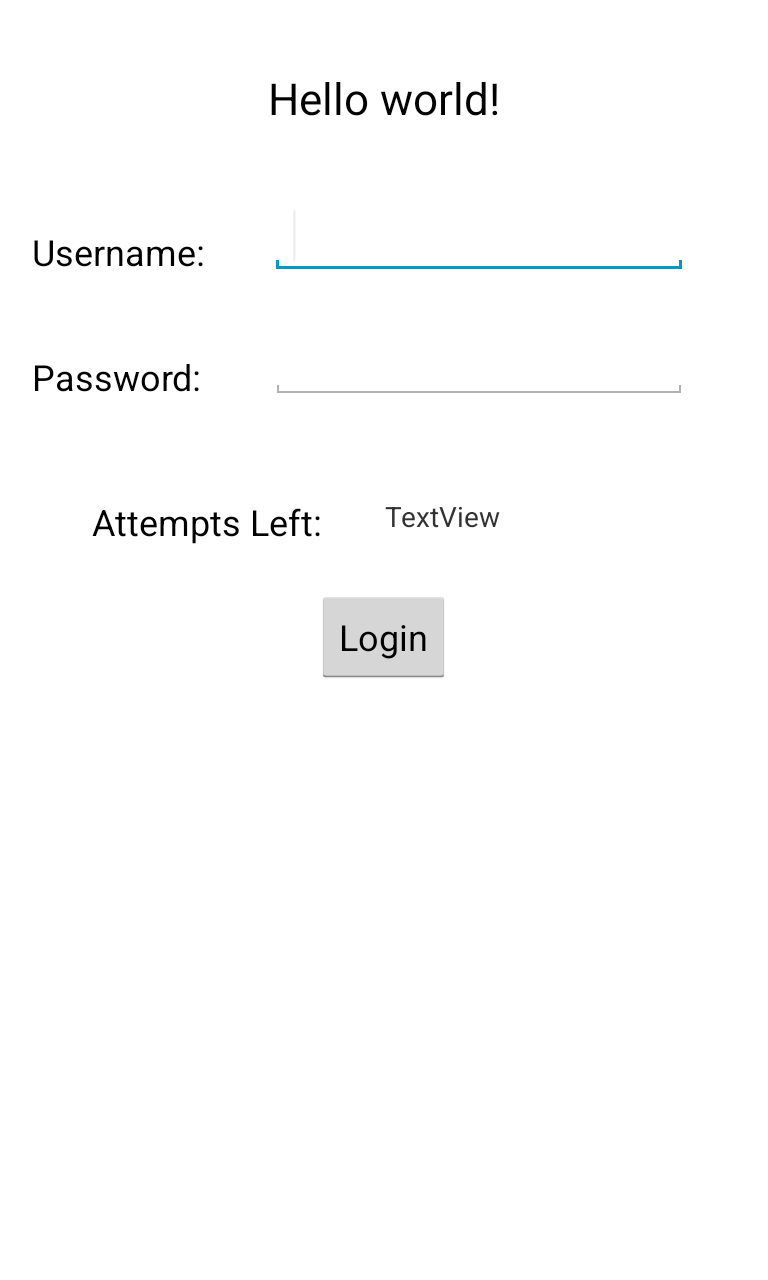
Repository: ktarrant/medixpress
Layout: medixpress_commercial/res/layout/activity_login.xml
The author's editor kept a copy of each file at every save. The layout is drawn from the files as they stood at one save, then again after the next save.
It is drawn on a 768 x 1280 px phone screen (xhdpi) without system bars, with theme AppTheme; the app's code is not run.

Above is the layout before, as saved 2014-04-09 03:40:42.

After the next save:
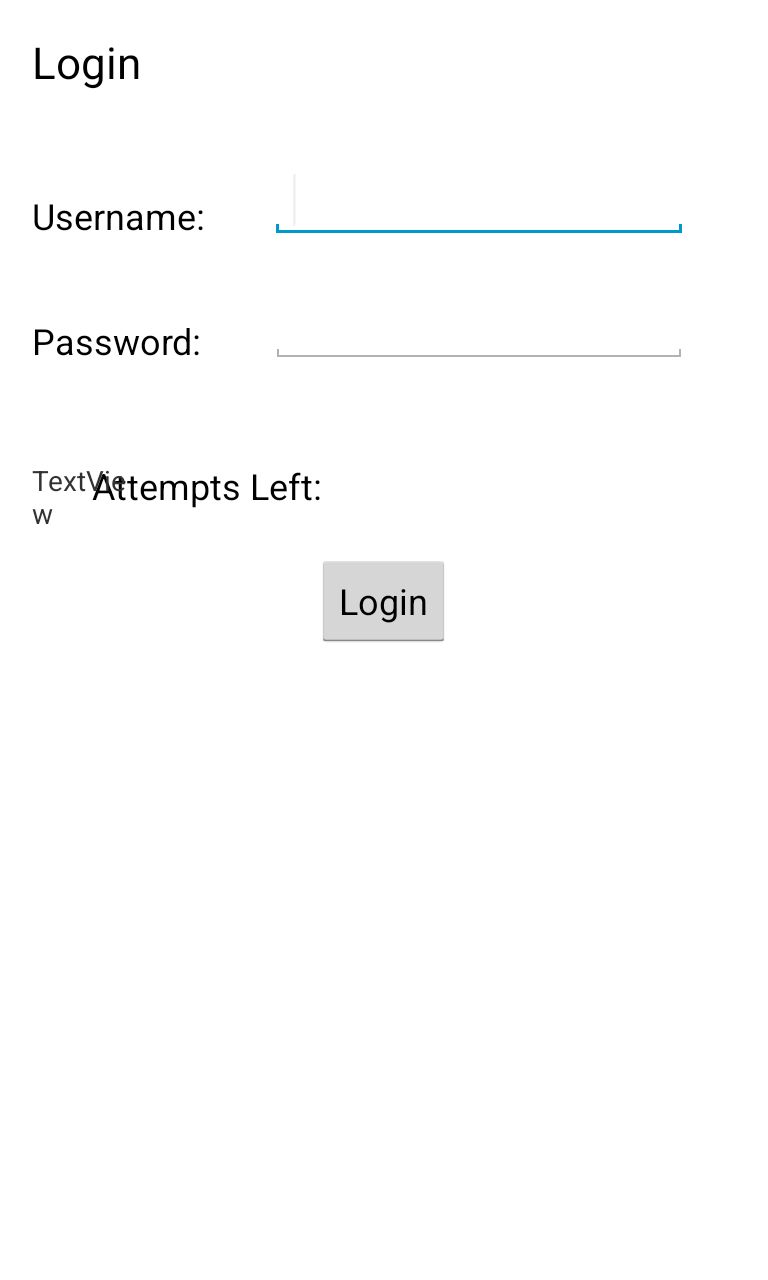
Saved 4 min 10 s later.
--- a/medixpress_commercial/res/layout/activity_login.xml
+++ b/medixpress_commercial/res/layout/activity_login.xml
@@ -7,16 +7,6 @@
    android:paddingLeft="@dimen/activity_horizontal_margin"
    android:paddingRight="@dimen/activity_horizontal_margin"
    android:paddingTop="@dimen/activity_vertical_margin" >
-
-   <TextView
-      android:id="@+id/textView1"
-      android:layout_width="wrap_content"
-      android:layout_height="wrap_content"
-      android:layout_alignParentTop="true"
-      android:layout_centerHorizontal="true"
-      android:layout_marginTop="18dp"
-      android:text="@string/hello_world"
-      android:textAppearance="?android:attr/textAppearanceLarge" />
 
    <TextView
       android:id="@+id/textView2"
@@ -88,4 +78,13 @@
       android:layout_alignTop="@+id/textView4"
       android:text="TextView" />
 
+   <TextView
+       android:id="@+id/textView1"
+       android:layout_width="wrap_content"
+       android:layout_height="wrap_content"
+       android:layout_alignParentLeft="true"
+       android:layout_alignParentTop="true"
+       android:text="@string/Login"
+       android:textAppearance="?android:attr/textAppearanceLarge" />
+
 </RelativeLayout>
